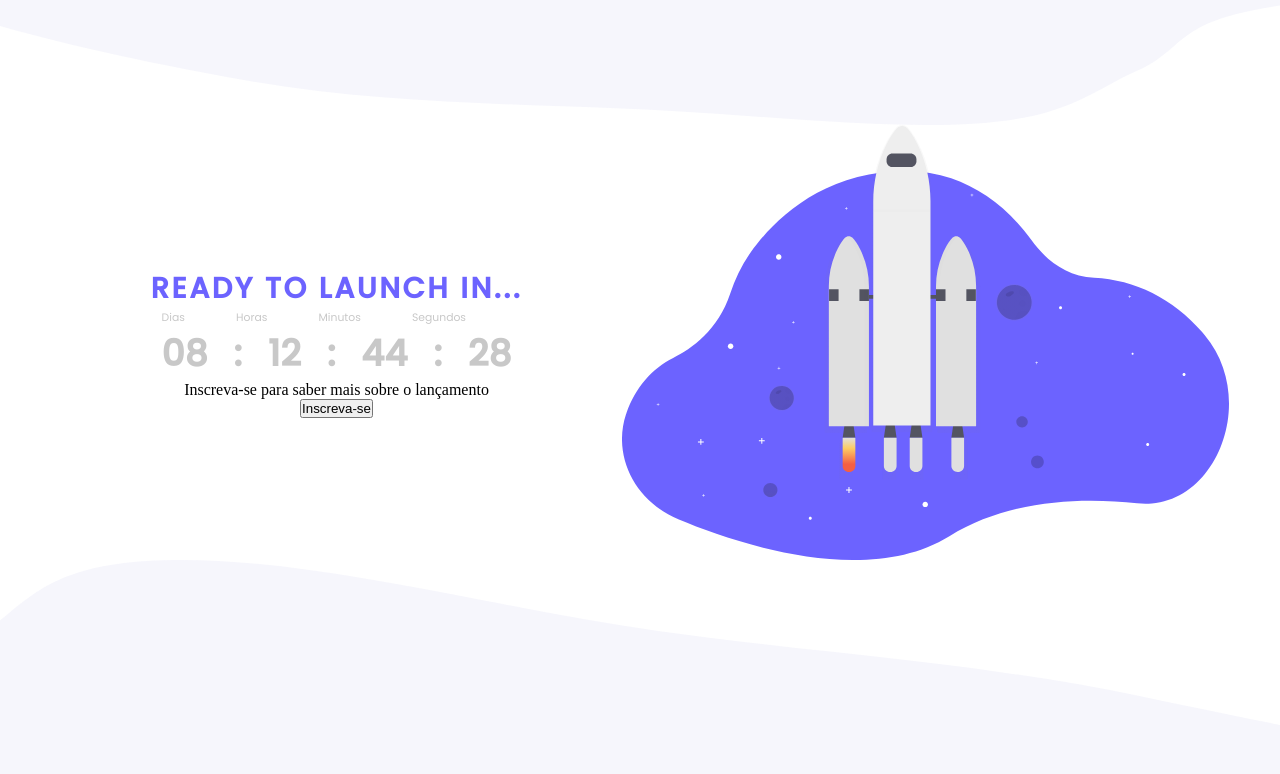
Repository: BrunoBross/countdown
Page: index.html
An editor plug-in stored every save of this project. The page is shown before and after the next save, followed by the edit.
The browser window is 1280 px wide. The pictures show the whole page.

Above is the page before, as saved 2021-11-30 00:52:00.

### index.html
<!DOCTYPE html>
<html lang="en">
<head>
  <meta charset="UTF-8">
  <meta http-equiv="X-UA-Compatible" content="IE=edge">
  <meta name="viewport" content="width=device-width, initial-scale=1.0">
  <title>Document</title>
  <link rel="stylesheet" href="./style.css">
  <link rel="preconnect" href="https://fonts.googleapis.com">
  <link rel="preconnect" href="https://fonts.gstatic.com" crossorigin>
  <link href="https://fonts.googleapis.com/css2?family=Poppins:wght@300;400;500&display=swap" rel="stylesheet">
</head>
<body>
  <div class="background">
    <img class="image" id="top" src="./assets/top-image.svg" alt="">
    <div class="center">
      <div class="content">
        <h1>READY TO LAUNCH IN...</h1>
        <div class="clock">
          <div class="labels">
            <p>Dias</p>
            <p>Horas</p>
            <p>Minutos</p>
            <p>Segundos</p>
          </div>
          <div class="time">
            <h1>08</h1>
            <h1>:</h1>
            <h1>12</h1>
            <h1>:</h1>
            <h1>44</h1>
            <h1>:</h1>
            <h1>28</h1>
          </div>
        </div>
        <p>Inscreva-se para saber mais sobre o lançamento</p>
        <button>Inscreva-se</button>
      </div>
      <img id="rocket" src="./assets/rocket.svg" alt="">
    </div>
    <img class="image" id="bottom" src="./assets/bottom-image.svg" alt="">
  </div>
</body>

<script src="./script.js"></script>
</html>

### style.css
*{
  padding: 0;
  margin: 0;
}

body{
  background-color: #FFF;
}

.background{
  height: 100vh;
  display: flex;
  flex-direction: column;
  justify-content: space-between;
}

.center{
  padding: 0 4vw;
  display: flex;
  justify-content: space-between;
}

.image{
  width: 100vw;
}

.clock{
  display: flex;
  flex-direction: column;
}

.labels{
  display: flex;
}

.time{
  display: flex;
}

.content{
  width: 50vw;
  display: flex;
  flex-direction: column;
  justify-content: center;
  align-items: center;
}

.content > h1{
  color: #6C63FF;
  font-family: 'Poppins', 'sans-serif';
  font-weight: 700;
  font-size: 4vh;
  letter-spacing: 0.2vw;
}

.labels{
  display: flex;
  gap: 4vw;
}

.labels > p{
  color: #C8C8C8;
  font-family: 'Poppins', 'sans-serif';
  font-size: 1.5vh;
}

.time{
  display: flex;
  gap: 2vw;
}

.time > h1{
  color: #C8C8C8;
  font-family: 'Poppins', 'sans-serif';
  font-size: 5vh;
}

Loaded but not shown: script.js (no copy from this time; the picture is the same without it)

After the next save:
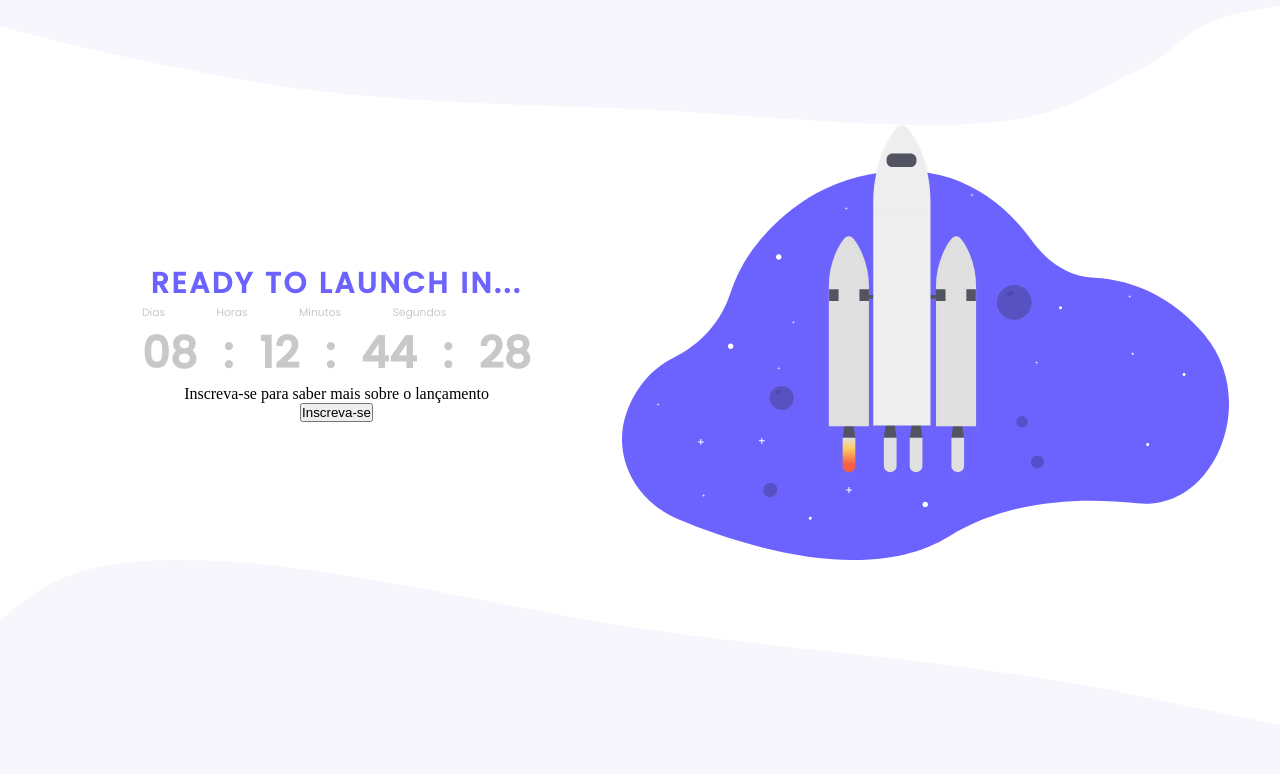
Saved 12 s later.
--- a/style.css
+++ b/style.css
@@ -72,5 +72,5 @@ body{
 .time > h1{
   color: #C8C8C8;
   font-family: 'Poppins', 'sans-serif';
-  font-size: 5vh;
+  font-size: 6vh;
 }
